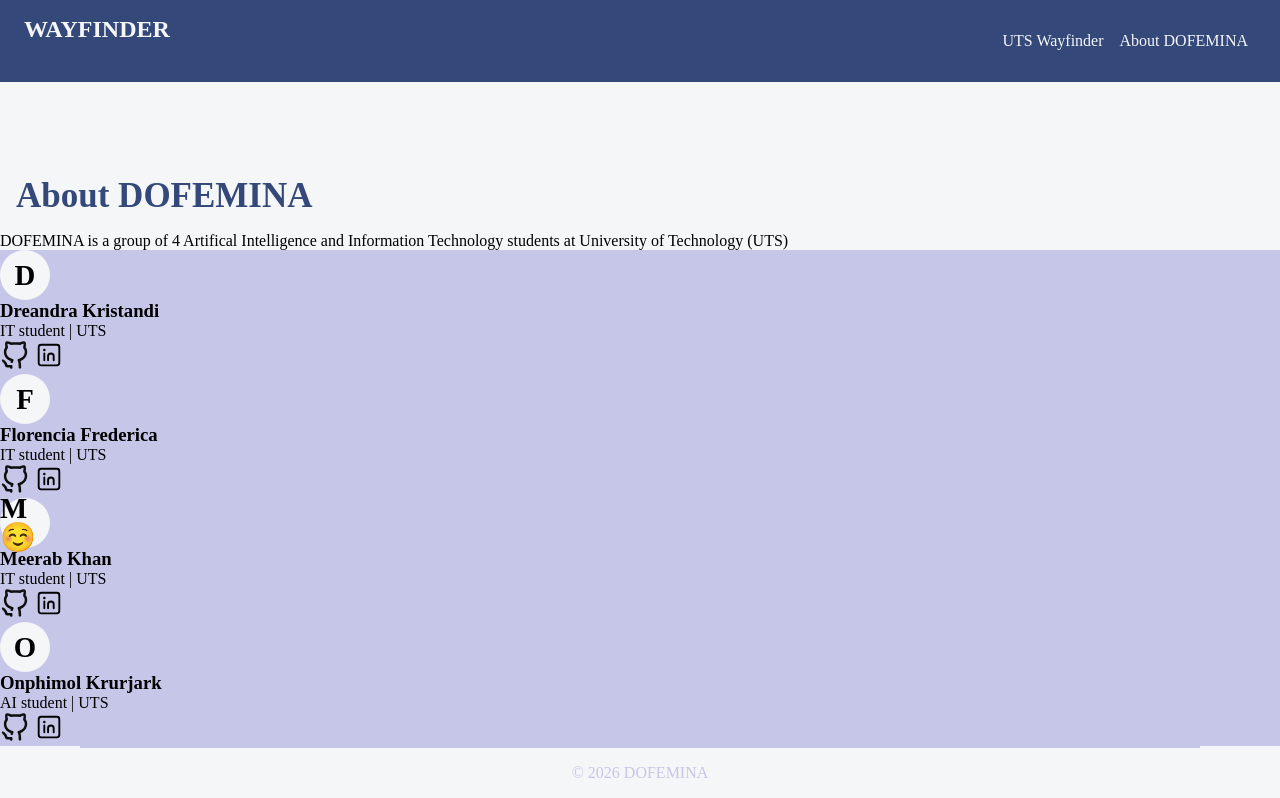
Repository: Meerab-K/uts-wayfinder
Page: html/about.html
These files come from the project's save history. The page is drawn as it stood at one moment and after the next save; the edit follows.
The browser window is 1280 px wide. The pictures show the whole page.
Some web fonts or font styles are not loaded; a fallback is used.

Above is the page before, as saved 2026-10-19 20:31:13.

### html/about.html
<!DOCTYPE html>
<html lang="en">
<head>
    <meta charset="UTF-8">
    <meta name="viewport" content="width=device-width, initial-scale=1.0">
    <title>About DOFEMINA - UTS Wayfinder</title>

    <link rel="stylesheet" href="../css/common.css">
    <link rel="stylesheet" href="../css/about.css">
    <link rel="stylesheet" href="../css/responsive.css">

    <!-- Google Fonts -->
    <link rel="preconnect" href="https://fonts.googleapis.com">
    <link rel="preconnect" href="https://fonts.gstatic.com" crossorigin>
    <link href="https://fonts.googleapis.com/css2?family=Maname&display=swap" rel="stylesheet">

</head>
<body>
    <header>
        <nav class="navbar">
            <h1>WAYFINDER</h1>
            <ul>
                <li><a href="index.html">UTS Wayfinder</a></li>
                <li><a href="about.html">About DOFEMINA</a></li>
            </ul>
        </nav>
    </header>

    <main>
        <h2>About DOFEMINA</h2>
        <div></div>
        <p>DOFEMINA is a group of 4 Artifical Intelligence and Information Technology students at University of Technology (UTS)</p>
        <p></p>
        <div class="card-holder">
            <div class="profile">D</div>
            <h3 class="name">Dreandra Kristandi</h3>
            <div class="bio">IT student | UTS</div>
            <div class="contact-link">
                <a href=""><img src="../svg/github.svg" alt="github-icon"></a>
                <a href=""><img src="../svg/linkedin.svg" alt="linkedin-icon"></a>
            </div>
        </div>
        <div class="card-holder">
            <div class="profile">F</div>
            <h3 class="name">Florencia Frederica</h3>
            <div class="bio">IT student | UTS</div>
            <div class="contact-link">
                <a href=""><img src="../svg/github.svg" alt="github-icon"></a>
                <a href=""><img src="../svg/linkedin.svg" alt="linkedin-icon"></a>
            </div>
        </div>
        <div class="card-holder">
            <div class="profile">M ☺️</div>
            <h3 class="name">Meerab Khan</h3>
            <div class="bio">IT student | UTS</div>
            <div class="contact-link">
                <a href=""><img src="../svg/github.svg" alt="github-icon"></a>
                <a href=""><img src="../svg/linkedin.svg" alt="linkedin-icon"></a>
            </div>
        </div>
        <div class="card-holder">
            <div class="profile">O</div>
            <h3 class="name">Onphimol Krurjark</h3>
            <div class="bio">AI student | UTS</div>
            <div class="contact-link">
                <a href=""><img src="../svg/github.svg" alt="github-icon"></a>
                <a href=""><img src="../svg/linkedin.svg" alt="linkedin-icon"></a>
            </div>
        </div>
    </main>

    <footer>
        <p>&copy; 2026 DOFEMINA </p>
    </footer>
</body>
</html>

### css/common.css
:root {
    /*Background*/
    --background-color: #f5f6f8;
    --primary-color: #344979;
    --secondary-color: #9896BB;

    /*Highlight*/
    --highlight-purple: #c6c6e8;
    --highlight-pink: #f7e5eb;

    /*Font*/
    --font: "Maname", serif;
}

* {
    margin: 0;
    padding: 0;
    font-family: var(--font);
}

body {
    background-color: var(--background-color);
    margin: 0;
}

main {
    margin-top: 2rem;
}

footer {
    text-align: center;
    margin: 0 5rem;
    padding: 1rem;
    border-top: 2px solid var(--highlight-purple);
    color: var(--highlight-purple);
}

h2 {
    color: var(--primary-color);
    padding: 1rem;
    font-size: 35px;
}

.navbar {
    background-color: var(--primary-color);
    padding: 1rem;
    margin: 0;
    position: fixed;
    top: 0;
    z-index: 100;
    width: 100%;
    display: flex;
    justify-content: space-between;
    box-sizing: border-box;
}

.navbar h1 {
    color: var(--background-color);
    padding: 0 0 0 0.5rem;
}

.navbar ul {
    list-style-type: none;
    display: flex;
    gap: 1rem;
    margin: 1rem;
}

.navbar a {
    text-decoration: none;
    color: var(--background-color);
}

.navbar a:hover {
    color: var(--highlight-purple);
}

.floating-menu-btn {
    position: fixed;
    bottom: 1rem;
    right: 1rem;
    width: 50px;
    height: 50px;
    background-color: var(--primary-color);
    border-radius: 50%;
    display: flex;
    justify-content: center;
    align-items: center;
    cursor: pointer;
    z-index: 1000;
}

.floating-menu-btn span{
    background-color: var(--background-color);
    width: 30px;
    height: 3px;
}

main {
    margin-top: 10rem;
}

### css/about.css
.card-holder {
    background-color: var(--highlight-purple);
}

.profile {
    display: flex;
    justify-content: center;
    align-items: center;

    height: 50px;
    width: 50px;
    border-radius: 50%;
    background-color: var(--background-color);

    font-size: 1.8rem;
    font-weight: bold;
    line-height: 1;
    padding: 0;
    box-sizing: border-box;
}

.name {

}

.bio {

}

.contact-link img {
    width: 30px;
    height: auto;
}

### css/responsive.css
@media (max-width: 1000px) {
    /*index.html*/
    #map_section {
        display: block;
    }

    #map_section img {
        width: 100%;
        margin: 0;
    }

    #map_section div h2 {
        text-align: center;
    }

    #map_section div table {
        width: 100%;
    }
}

@media (max-width: 800px) {
    main {
        margin-top: 10rem;
    }

    .navbar {
        text-align: center;
        display: block;
    }

    .navbar ul {
        justify-content: center;
        margin-top: 1.5rem;
        padding: 0.5rem;
        border-top: 1px solid var(--secondary-color);
    }

    /*index.html*/
    form select {
        width: 60%;
    }

    /*about.html*/
}

### svg/github.svg
<?xml version="1.0" encoding="utf-8"?><!-- Uploaded to: SVG Repo, www.svgrepo.com, Generator: SVG Repo Mixer Tools -->
<svg width="800px" height="800px" viewBox="0 0 24 24" fill="none" xmlns="http://www.w3.org/2000/svg">
<path d="M4.0744 2.9938C4.13263 1.96371 4.37869 1.51577 5.08432 1.15606C5.84357 0.768899 7.04106 0.949072 8.45014 1.66261C9.05706 1.97009 9.11886 1.97635 10.1825 1.83998C11.5963 1.65865 13.4164 1.65929 14.7213 1.84164C15.7081 1.97954 15.7729 1.97265 16.3813 1.66453C18.3814 0.651679 19.9605 0.71795 20.5323 1.8387C20.8177 2.39812 20.8707 3.84971 20.6494 5.04695C20.5267 5.71069 20.5397 5.79356 20.8353 6.22912C22.915 9.29385 21.4165 14.2616 17.8528 16.1155C17.5801 16.2574 17.3503 16.3452 17.163 16.4167C16.5879 16.6363 16.4133 16.703 16.6247 17.7138C16.7265 18.2 16.8491 19.4088 16.8973 20.4002C16.9844 22.1922 16.9831 22.2047 16.6688 22.5703C16.241 23.0676 15.6244 23.076 15.2066 22.5902C14.9341 22.2734 14.9075 22.1238 14.9075 20.9015C14.9075 19.0952 14.7095 17.8946 14.2417 16.8658C13.6854 15.6415 14.0978 15.185 15.37 14.9114C17.1383 14.531 18.5194 13.4397 19.2892 11.8146C20.0211 10.2698 20.1314 8.13501 18.8082 6.83668C18.4319 6.3895 18.4057 5.98446 18.6744 4.76309C18.7748 4.3066 18.859 3.71768 18.8615 3.45425C18.8653 3.03823 18.8274 2.97541 18.5719 2.97541C18.4102 2.97541 17.7924 3.21062 17.1992 3.49805L16.2524 3.95695C16.1663 3.99866 16.07 4.0147 15.975 4.0038C13.5675 3.72746 11.2799 3.72319 8.86062 4.00488C8.76526 4.01598 8.66853 3.99994 8.58215 3.95802L7.63585 3.49882C7.04259 3.21087 6.42482 2.97541 6.26317 2.97541C5.88941 2.97541 5.88379 3.25135 6.22447 4.89078C6.43258 5.89203 6.57262 6.11513 5.97101 6.91572C5.06925 8.11576 4.844 9.60592 5.32757 11.1716C5.93704 13.1446 7.4295 14.4775 9.52773 14.9222C10.7926 15.1903 11.1232 15.5401 10.6402 16.9905C10.26 18.1319 10.0196 18.4261 9.46707 18.4261C8.72365 18.4261 8.25796 17.7821 8.51424 17.1082C8.62712 16.8112 8.59354 16.7795 7.89711 16.5255C5.77117 15.7504 4.14514 14.0131 3.40172 11.7223C2.82711 9.95184 3.07994 7.64739 4.00175 6.25453C4.31561 5.78028 4.32047 5.74006 4.174 4.83217C4.09113 4.31822 4.04631 3.49103 4.0744 2.9938Z" fill="#0F0F0F"/>
<path d="M3.33203 15.9454C3.02568 15.4859 2.40481 15.3617 1.94528 15.6681C1.48576 15.9744 1.36158 16.5953 1.66793 17.0548C1.8941 17.3941 2.16467 17.6728 2.39444 17.9025C2.4368 17.9449 2.47796 17.9858 2.51815 18.0257C2.71062 18.2169 2.88056 18.3857 3.05124 18.5861C3.42875 19.0292 3.80536 19.626 4.0194 20.6962C4.11474 21.1729 4.45739 21.4297 4.64725 21.5419C4.85315 21.6635 5.07812 21.7352 5.26325 21.7819C5.64196 21.8774 6.10169 21.927 6.53799 21.9559C7.01695 21.9877 7.53592 21.998 7.99999 22.0008C8.00033 22.5527 8.44791 23.0001 8.99998 23.0001C9.55227 23.0001 9.99998 22.5524 9.99998 22.0001V21.0001C9.99998 20.4478 9.55227 20.0001 8.99998 20.0001C8.90571 20.0001 8.80372 20.0004 8.69569 20.0008C8.10883 20.0026 7.34388 20.0049 6.67018 19.9603C6.34531 19.9388 6.07825 19.9083 5.88241 19.871C5.58083 18.6871 5.09362 17.8994 4.57373 17.2891C4.34391 17.0194 4.10593 16.7834 3.91236 16.5914C3.87612 16.5555 3.84144 16.5211 3.80865 16.4883C3.5853 16.265 3.4392 16.1062 3.33203 15.9454Z" fill="#0F0F0F"/>
</svg>

### svg/linkedin.svg
<?xml version="1.0" encoding="utf-8"?><!-- Uploaded to: SVG Repo, www.svgrepo.com, Generator: SVG Repo Mixer Tools -->
<svg width="800px" height="800px" viewBox="0 0 192 192" xmlns="http://www.w3.org/2000/svg" fill="none"><rect width="132" height="132" x="30" y="30" stroke="#000000" stroke-width="12" rx="16"/><path stroke="#000000" stroke-linecap="round" stroke-linejoin="round" stroke-width="12" d="M66 86v44"/><circle cx="66" cy="64" r="8" fill="#000000"/><path stroke="#000000" stroke-linecap="round" stroke-width="12" d="M126 130v-26c0-9.941-8.059-18-18-18v0c-9.941 0-18 8.059-18 18v26"/></svg>

After the next save:
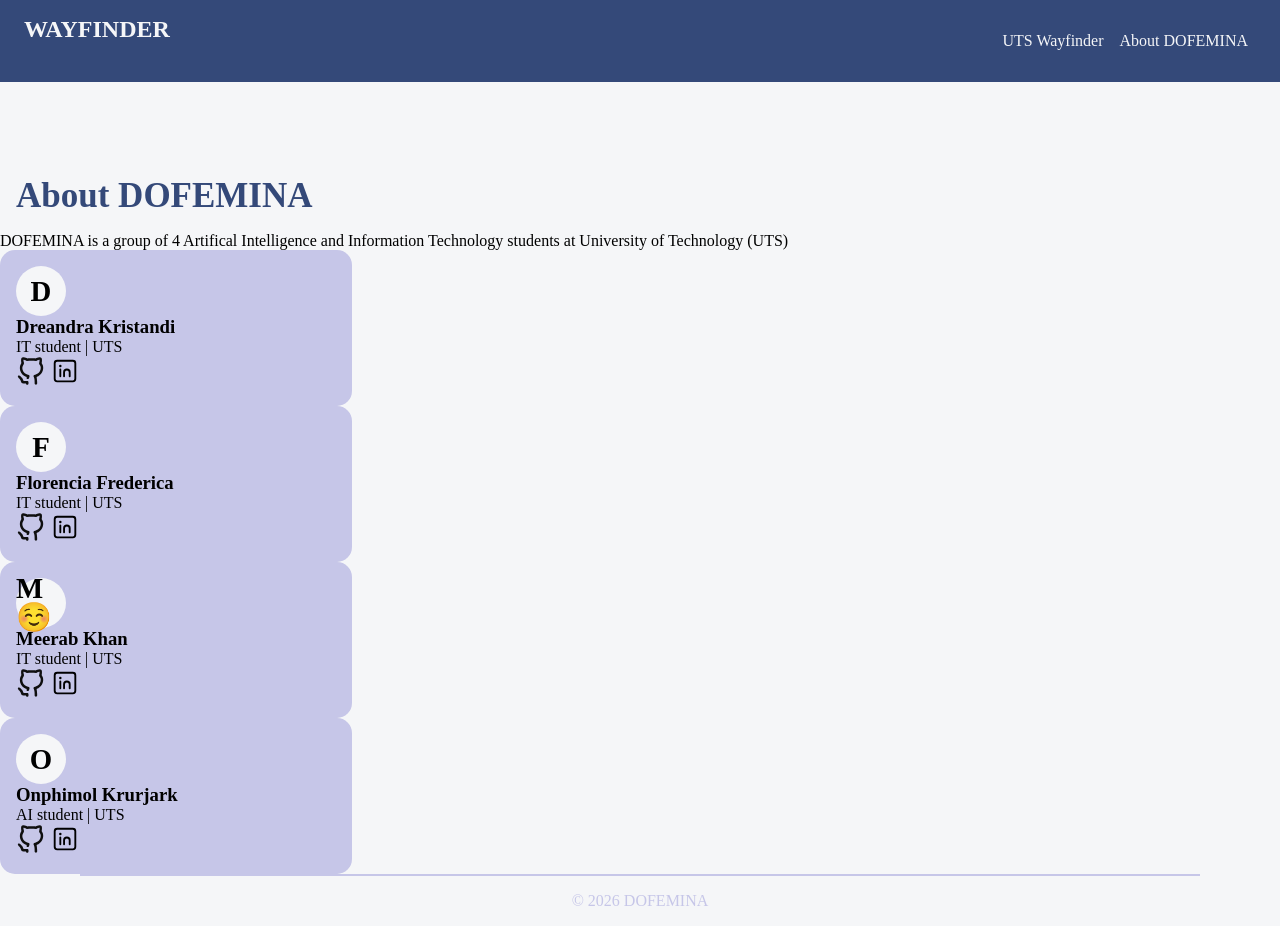
Saved 7 s later.
--- a/css/about.css
+++ b/css/about.css
@@ -1,5 +1,8 @@
 .card-holder {
     background-color: var(--highlight-purple);
+    border-radius: 15px;
+    padding: 1rem;
+    width: 25%;
 }
 
 .profile {
